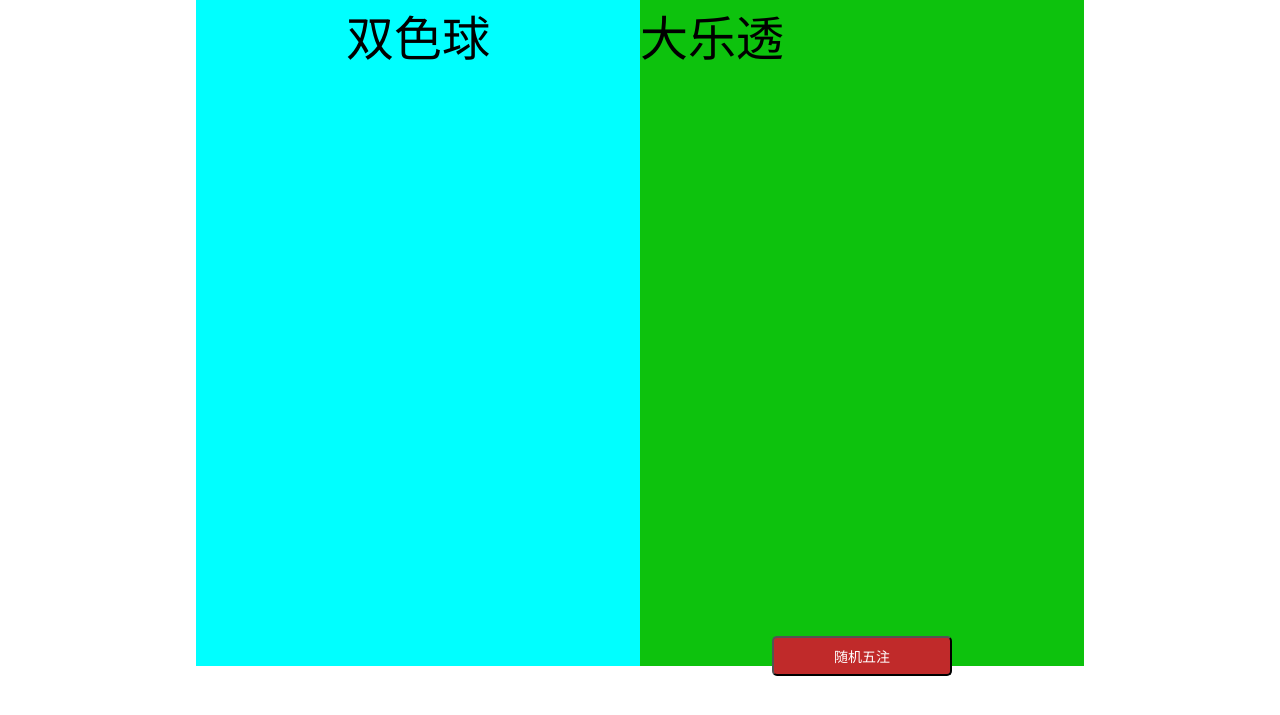
Repository: yz1181214391/caipiao-demo
Page: Cp.html
These files come from the project's save history. The page is drawn as it stood at one moment and after the next save; the edit follows.
The browser window is 1280 px wide. The pictures show the whole page.

Above is the page before, as saved 2020-12-14 10:45:40.

After the next save:
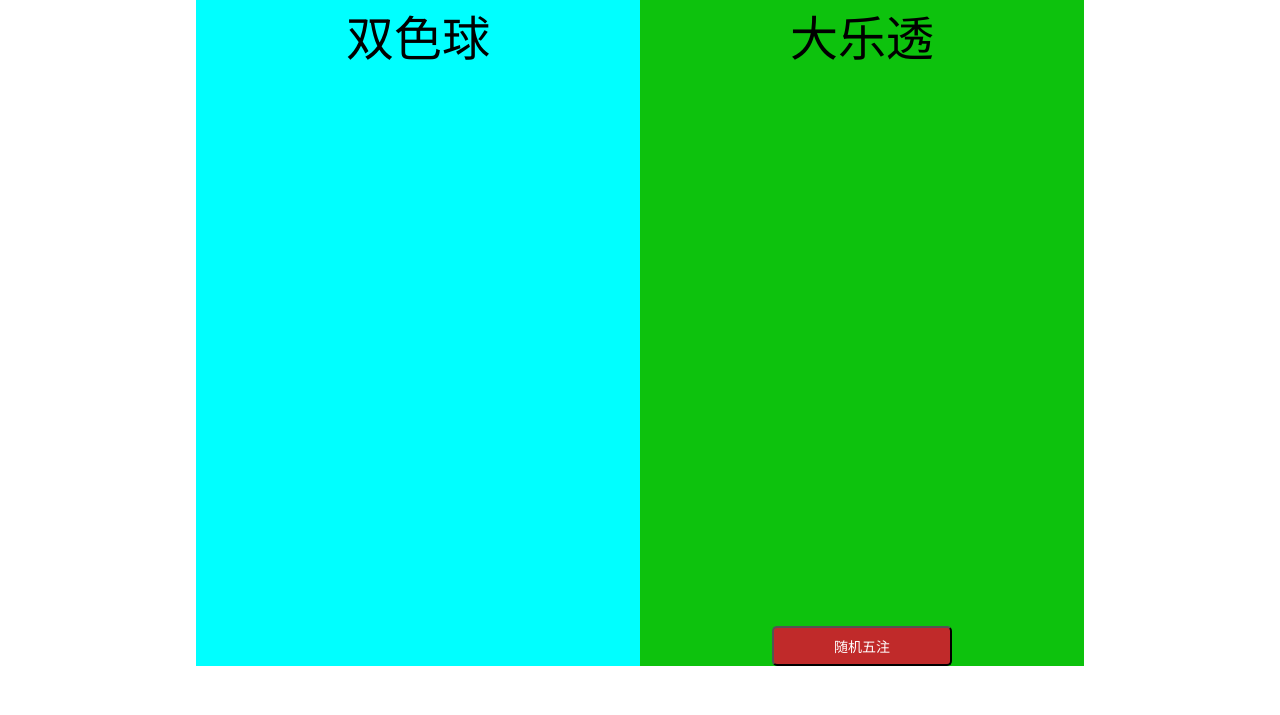
Saved 35 s later.
--- a/Cp.html
+++ b/Cp.html
@@ -95,7 +95,7 @@
         <div class="ssq-box cp-flex">
             <h1 class="cp-font">双色球</h1>
         </div>
-        <div class="dlt-box">
+        <div class="dlt-box cp-flex">
             <h3 class="cp-font">大乐透</h3>
             <div class="content"></div>
             <div class="button">
